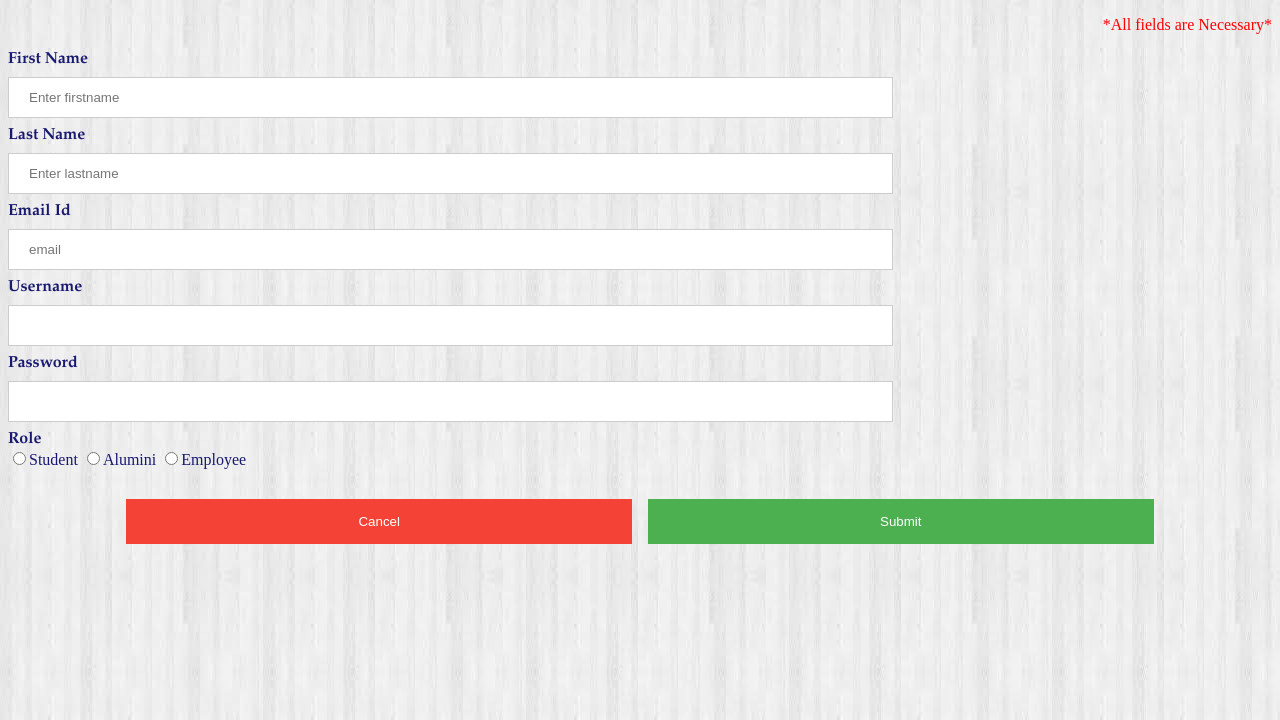
Repository: SwapnilYeldi/Project-2
Page: frontend/WebContent/views/registrationform.html
These files come from the project's save history. The page is drawn as it stood at one moment and after the next save; the edit follows.
The browser window is 1280 px wide. The pictures show the whole page.

Above is the page before, as saved 2017-07-19 07:52:08.

After the next save:
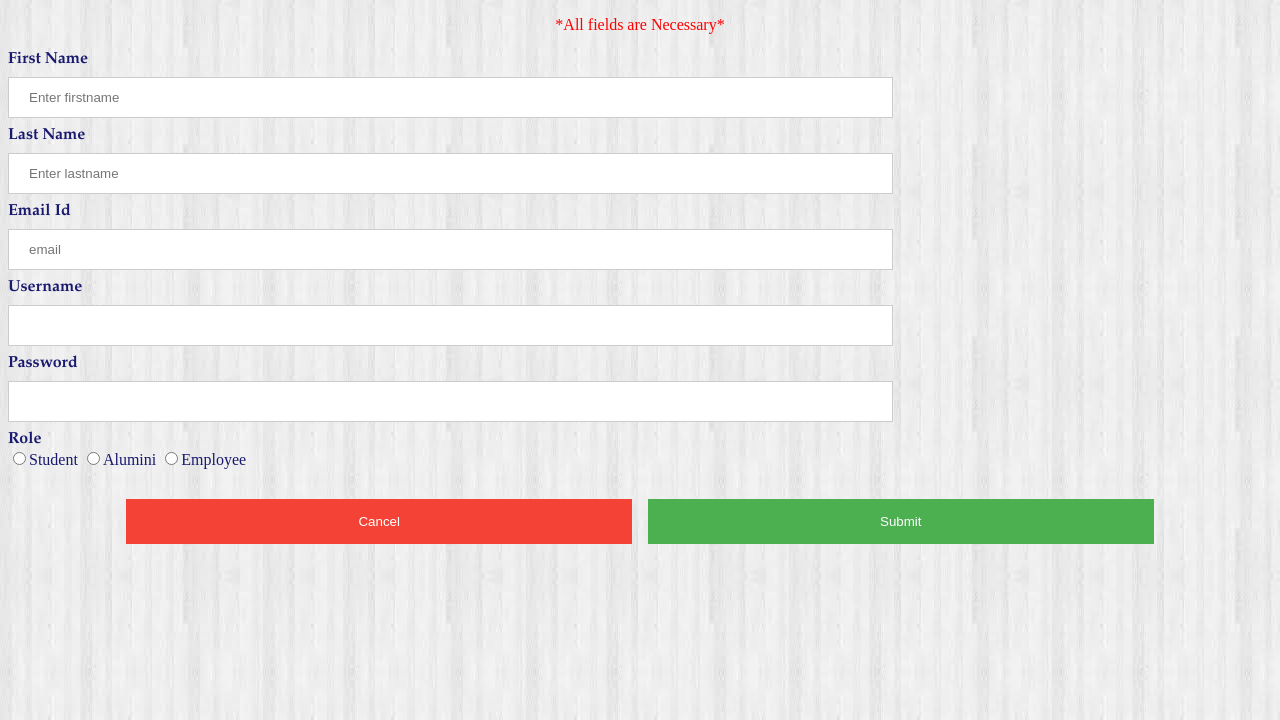
Saved 21 s later.
--- a/frontend/WebContent/views/registrationform.html
+++ b/frontend/WebContent/views/registrationform.html
@@ -69,7 +69,7 @@ function checkPass()
 <form> <!-- action="user" method="POST" onsubmit="return checkPass()"> -->
 <font color="MIDNIGHTBLUE">
 <div class="container">
-<p align="right">
+<p align="center">
 <label><font color="red"> *All fields are Necessary*</font></label><br></p>
 <label><b><font face="Garamond">First Name</b></font></label><br>
 <input type="text" ng-model="user.firstname" placeholder="Enter firstname"><br>
